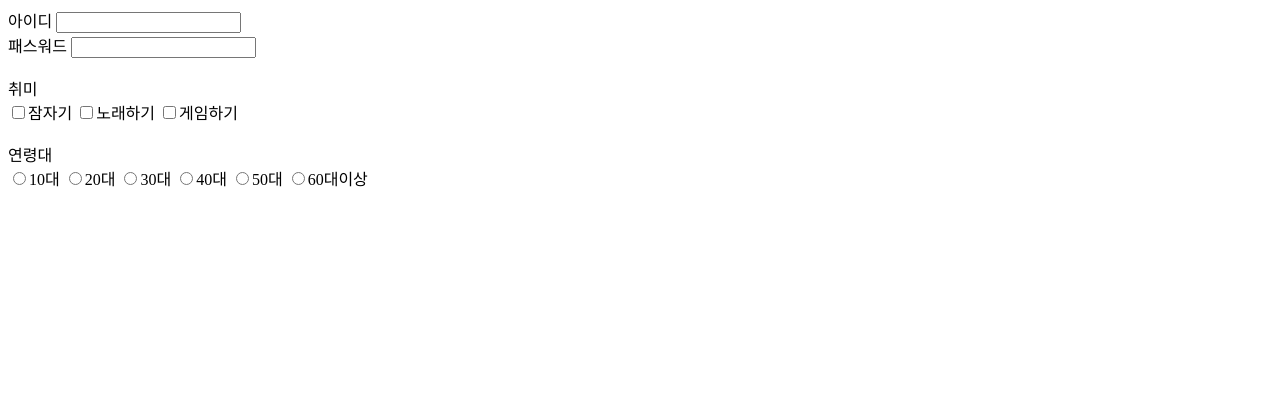
Repository: jeongho97/JSP
Page: http://localhost/JSP/insert.jsp
These files come from the project's save history. The page is drawn as it stood at one moment and after the next save; the edit follows.
The browser window is 1280 px wide. The pictures show the whole page.
The page is served by Tomcat 9. Other server files are loaded and not shown.

Above is the page before, as saved 2022-05-17 03:15:43.

### JSP/WebContent/insert.jsp
<%@ page language="java" contentType="text/html; charset=UTF-8"
    pageEncoding="UTF-8"%>
<!DOCTYPE html>
<html>
<head>
<meta charset="UTF-8">
<title>Insert title here</title>
</head>
<body>
<form action="hello">
아이디  <input type="text" name="id">
<br>
패스워드 <input type="password" name="pw">
<br><br>
취미
<br>
<lable><input type="checkbox" name="hobby" value="축구">잠자기</lable>
<lable><input type="checkbox" name="hobby" value="농구">노래하기</lable>
<lable><input type="checkbox" name="hobby" value="야구">게임하기</lable>
<br><br>
연령대
<br>
<input type="radio" name="10대" value="10">10대
<input type="radio" name="10대" value="20">20대
<input type="radio" name="10대" value="30">30대
<input type="radio" name="10대" value="40">40대
<input type="radio" name="10대" value="50">50대
<input type="radio" name="10대" value="60">60대이상
<br>
</form>
</body>
</html>

After the next save:
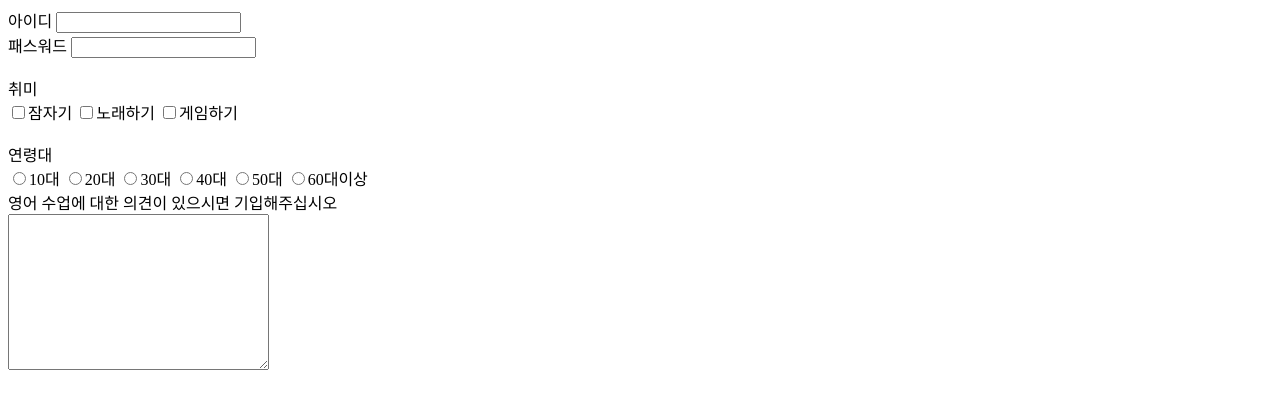
Saved 3 min 13 s later.
--- a/JSP/WebContent/insert.jsp
+++ b/JSP/WebContent/insert.jsp
@@ -27,6 +27,10 @@
 <input type="radio" name="10대" value="50">50대
 <input type="radio" name="10대" value="60">60대이상
 <br>
+영어 수업에 대한 의견이 있으시면 기입해주십시오
+<br>
+
+<textarea rows="10" cols="30" name="writer"></textarea>
 </form>
 </body>
 </html>
